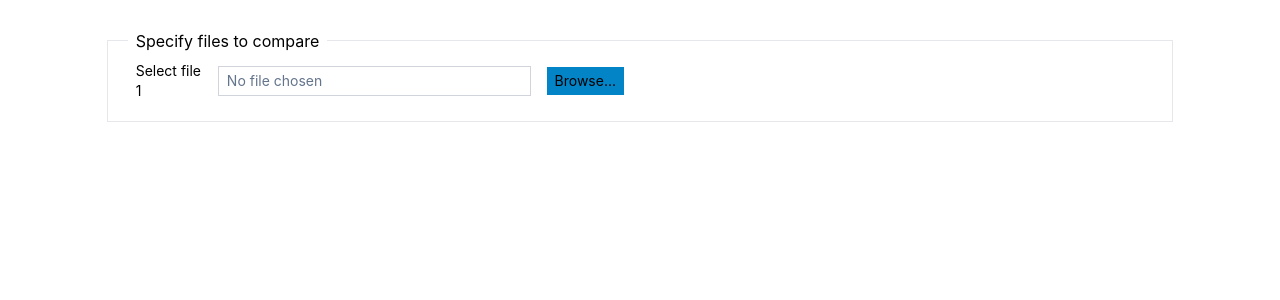
Repository: chionye/paymentology-front
Page: /
An editor plug-in stored every save of this project. The page is shown before and after the next save, followed by the edit.
The browser window is 1280 px wide. The pictures show the whole page.
The project was rebuilt for these pictures with package versions that can differ from the ones it lists, and the page was loaded fresh each time.

Above is the page before, as saved 2022-03-16 13:18:47.

### src/index.css
@tailwind base;
@tailwind components;
@tailwind utilities;

body {
  margin: 0;
  font-family: -apple-system, BlinkMacSystemFont, 'Segoe UI', 'Roboto', 'Oxygen',
    'Ubuntu', 'Cantarell', 'Fira Sans', 'Droid Sans', 'Helvetica Neue',
    sans-serif;
  -webkit-font-smoothing: antialiased;
  -moz-osx-font-smoothing: grayscale;
}

input[type=file] {
  -webkit-appearance: none;
  position: relative;
  -webkit-box-sizing: border-box;
   }
   input[type=file]::-webkit-file-upload-button {
  width: 0;
  padding: 0;
  margin: 0;
  -webkit-appearance: none;
  border: none;
   }
   /* "x::-webkit-file-upload-button" forces the rules to only apply to browsers that support this pseudo-element */

### src/App.js
import Section from "./components/Section";

function App() {
  return (
    <Section />
  );
}

export default App;

### src/components/Section.js
import InputFile from "./InputFile";

const Section = () => {
    return(
        <div className="relative w-5/6 h-auto p-3 border border-1 border-gray mx-auto my-10">
            <div className="absolute -top-3 left-5 bg-white px-2">Specify files to compare</div>
            <InputFile />
        </div>
    )
}

export default Section;

### src/components/InputFile.js
const InputFile = () => {
    return(
        <div className="flex flex-row w-full md:w-1/2 items-center text-sm my-2 px-4">
            <label className="w-28">Select file 1</label>

            <input type="file"
                className="block w-full mx-3 appearance-none border border-1 border-gray-300 py-1 px-2  text-slate-500
                file:mr-4 file:py-2 file:px-4
                file:rounded-full file:border-0
                file:text-sm file:font-semibold
                file:bg-violet-50 file:text-violet-700
                hover:file:bg-violet-100 file:text-red-600
                "/>

            <button className="ml-1 bg-sky-600 hover:bg-sky-700 py-1 px-2 ">Browse...</button>
        </div>
    )
}

export default InputFile;

Loaded but not shown: public/index.html (common file); src/index.js (common file); src/reportWebVitals.js (common file); tailwind.config.js (common file)

After the next save:
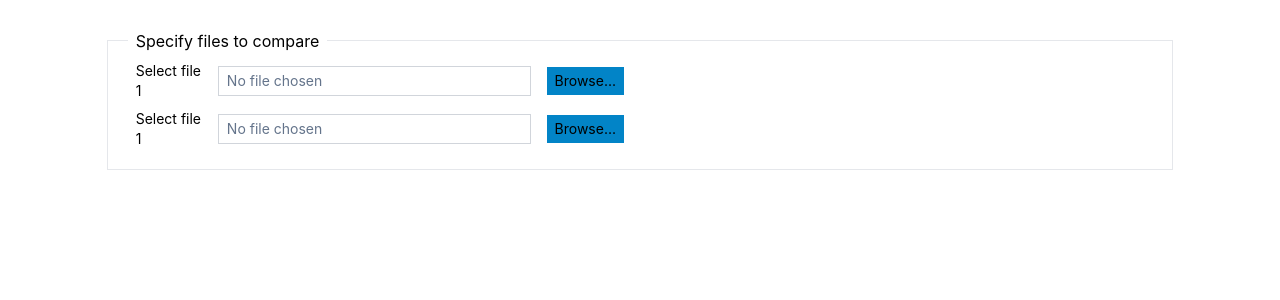
Saved 24 s later.
--- a/src/components/Section.js
+++ b/src/components/Section.js
@@ -5,6 +5,7 @@ const Section = () => {
         <div className="relative w-5/6 h-auto p-3 border border-1 border-gray mx-auto my-10">
             <div className="absolute -top-3 left-5 bg-white px-2">Specify files to compare</div>
             <InputFile />
+            <InputFile />
         </div>
     )
 }
